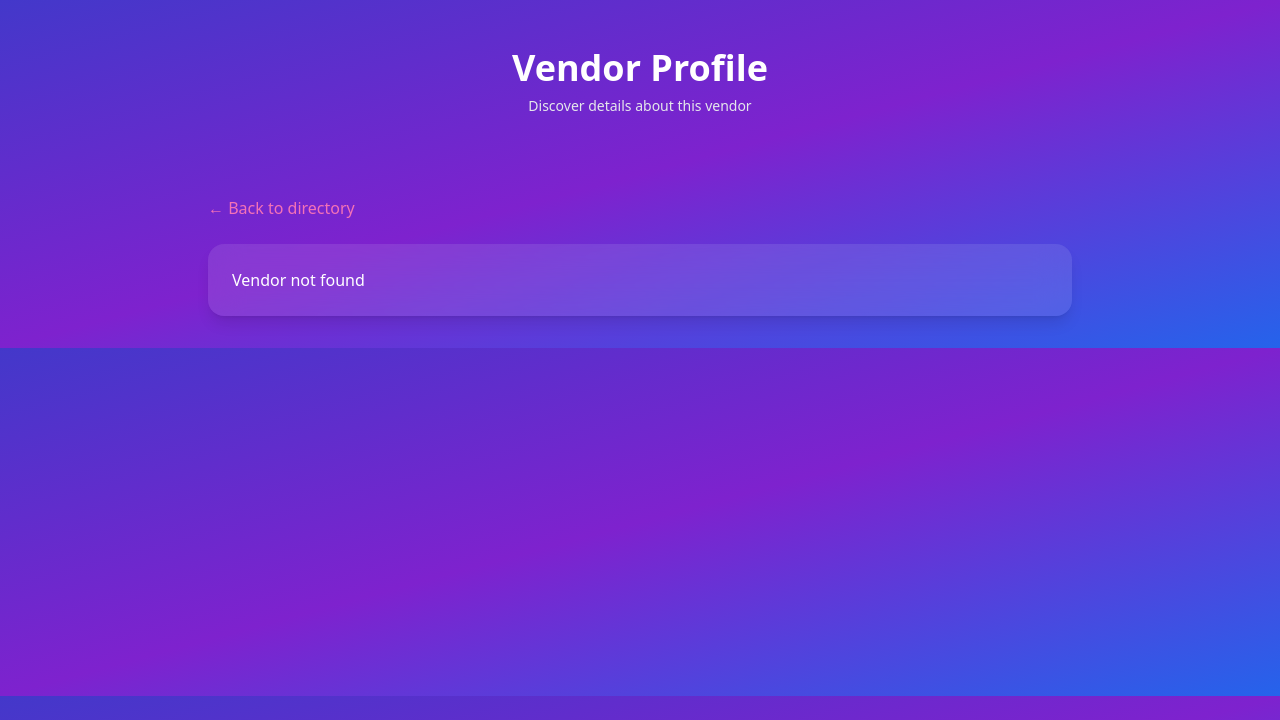
Repository: aayushtailor/VendorConnect
Page: vendor.html
These files come from the project's save history. The page is drawn as it stood at one moment and after a run of saves; the edit follows.
The browser window is 1280 px wide. The pictures show the whole page.
Some web libraries are served in a nearby version.

Above is the page before, as saved 2025-09-20 12:22:05.
Console error: TypeError: Cannot read properties of null (reading 'value')

After the next 2 saves:
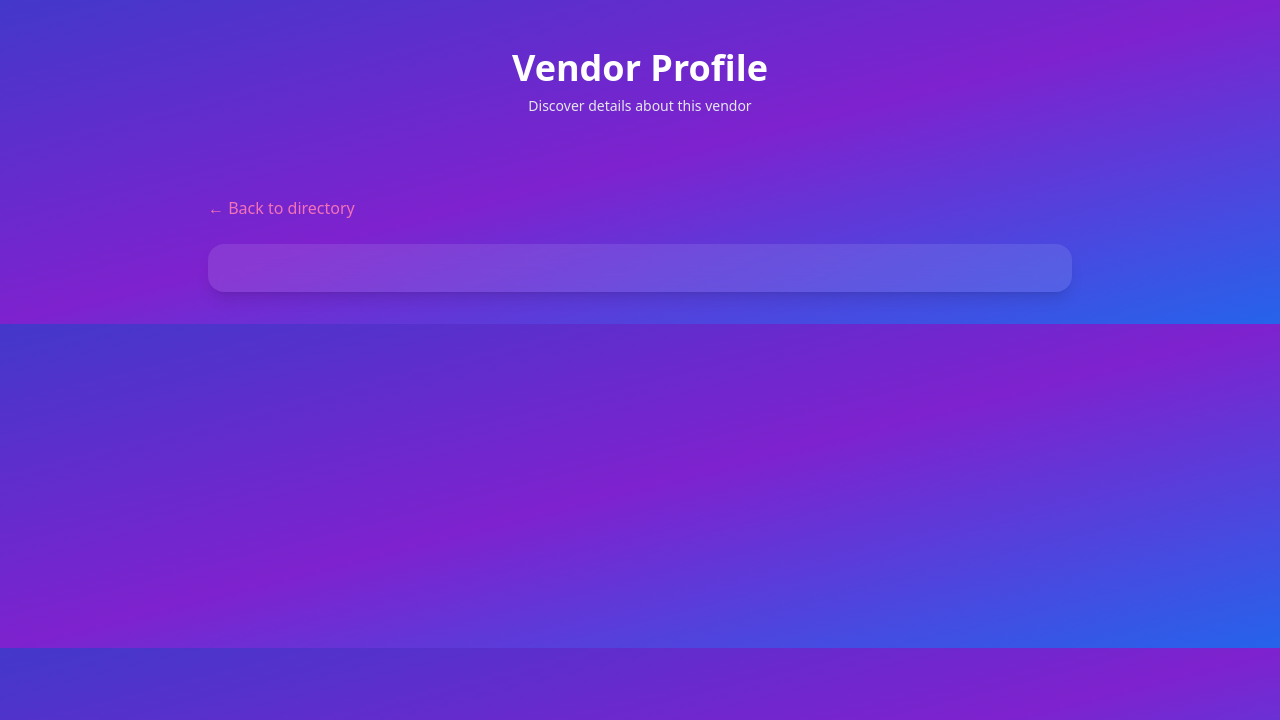
Console error: SyntaxError: Illegal return statement
The 2 saves are shown as one change because they came seconds apart.
The last was saved 2 min 24 s later.
--- a/app.js
+++ b/app.js
@@ -5,6 +5,13 @@ const dummyVendors = [
 ];
 
 // Create vendor card
+return `
+  <div data-aos="fade-up" data-aos-delay="${v.id * 100}"
+       class="bg-white/30 backdrop-blur-md rounded-2xl shadow-lg hover:shadow-xl transform hover:scale-[1.02] transition duration-300">
+    ...
+  </div>
+`;
+
 function makeCard(v){
   const name = v.business_name ? v.business_name : (v.name || "Unnamed Vendor");
   const category = v.category || "Uncategorized";
